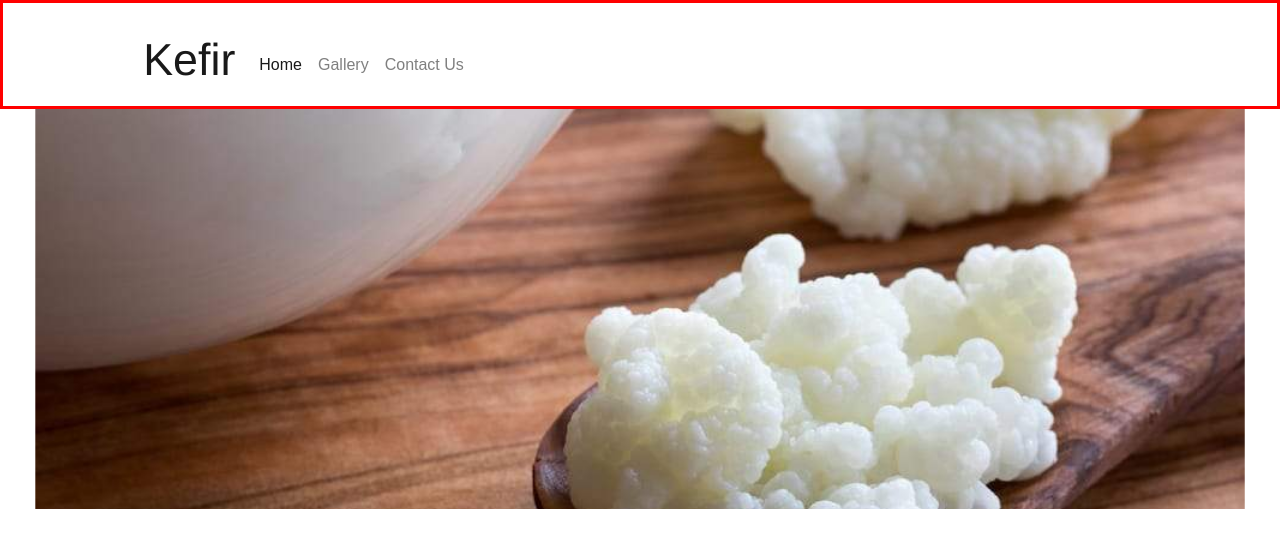
Repository: andna5980/kefir-web
Page: src/index.html
The author's editor kept a copy of each file at every save. The page is drawn from the files as they stood at one save, then again after the next save.
The browser window is 1280 px wide. The pictures show the whole page.
Some web fonts or font styles are not loaded; a fallback is used. Some web libraries are served in a nearby version.

Above is the page before, as saved 2021-02-28 09:24:43.

After the next save:
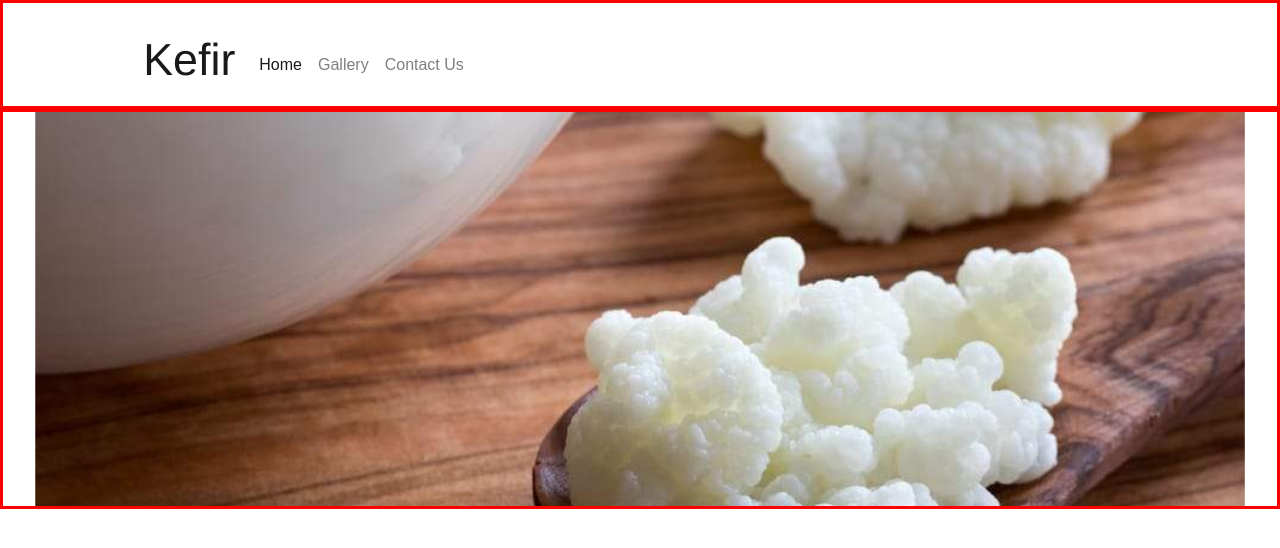
Saved 19 s later.
--- a/src/index.html
+++ b/src/index.html
@@ -44,7 +44,7 @@
 
   <!--------------------Hero-mage-------------------------------------->
 
-  <div class="container-hero">
+  <div class="test-red container-hero">
     <div class="hero-image col-12">
 
     </div>
